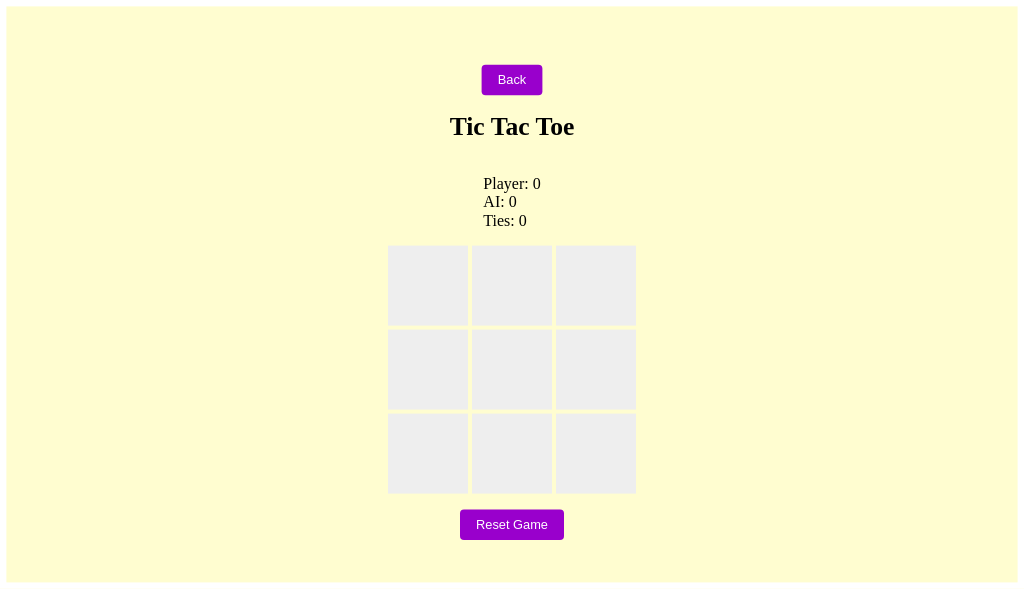
Repository: sidv121415/tic-tac-toe
Page: game.html
These files come from the project's save history. The page is drawn as it stood at one moment and after the next save; the edit follows.
The browser window is 1280 px wide. The pictures show the whole page, at 80% of full size.

Above is the page before, as saved 2024-10-21 22:24:55.

### game.html
<!DOCTYPE html>
<html lang="en">
<head>
    <meta charset="UTF-8">
    <meta name="viewport" content="width=device-width, initial-scale=1.0">
    <title>Tic Tac Toe Game</title>
    <style>
        .main-div {
            display: flex;
            flex-direction: column;
            align-items: center;
            justify-content: center;
            height: 100vh;
            background-color: #FFFDD0;
        }
        .board {
            display: grid;
            grid-template-columns: repeat(3, 100px);
            gap: 5px;
        }
        .cell {
            width: 100px;
            height: 100px;
            background-color: #eee;
            font-size: 24px;
            display: flex;
            align-items: center;
            justify-content: center;
            cursor: pointer;
        }
        .score-board {
            margin: 20px;
        }
        .score {
            font-size: 20px;
        }
        .reset-button {
            margin-top: 20px;
            padding: 10px 20px;
            font-size: 16px;
            background-color: #9900CC;
            color: white;
            border: none;
            border-radius: 5px;
            cursor: pointer;
        }
        .reset-button:hover {
            background-color: #8800BB;
        }
        .mj{
            text-align:left;
        }
    </style>
</head>
<body>
    <div class="main-div">
        <div class="mj">
            <div>
                <button class="reset-button" onclick="goBack()">Back</button>
            </div>
        </div>
        <h1>Tic Tac Toe</h1>
        <div class="score-board">
            <div class="score">Player: <span id="player-score">0</span></div>
            <div class="score">AI: <span id="ai-score">0</span></div>
            <div class="score">Ties: <span id="tie-score">0</span></div>
        </div>
        <div class="board" id="board">
            <div class="cell" onclick="makeMove(0)"></div>
            <div class="cell" onclick="makeMove(1)"></div>
            <div class="cell" onclick="makeMove(2)"></div>
            <div class="cell" onclick="makeMove(3)"></div>
            <div class="cell" onclick="makeMove(4)"></div>
            <div class="cell" onclick="makeMove(5)"></div>
            <div class="cell" onclick="makeMove(6)"></div>
            <div class="cell" onclick="makeMove(7)"></div>
            <div class="cell" onclick="makeMove(8)"></div>
        </div>
        <button class="reset-button" onclick="resetGame()">Reset Game</button>
    </div>
    <script src="game.js"></script>
</body>
</html>

### game.js
let playerScore = 0;
let aiScore = 0;
let tieScore = 0;
const cells = document.querySelectorAll('.cell');

function makeMove(index) {
    if (cells[index].textContent === '') {
        cells[index].textContent = 'X'; // Player's move
        if (checkWin('X')) {
            alert('Player wins!');
            playerScore++;
            updateScores();
            return;
        }
        if (checkTie()) {
            alert('It\'s a tie!');
            tieScore++;
            updateScores();
            return;
        }
        aiMove(); // AI makes a move
    }
}

function aiMove() {
    let availableCells = Array.from(cells).filter(cell => cell.textContent === '');
    if (availableCells.length > 0) {
        const randomCell = availableCells[Math.floor(Math.random() * availableCells.length)];
        randomCell.textContent = 'O'; // AI's move
        if (checkWin('O')) {
            alert('AI wins!');
            aiScore++;
            updateScores();
        } else if (checkTie()) {
            alert('It\'s a tie!');
            tieScore++;
            updateScores();
        }
    }
}

function checkWin(player) {
    const winningCombinations = [
        [0, 1, 2],
        [3, 4, 5],
        [6, 7, 8],
        [0, 3, 6],
        [1, 4, 7],
        [2, 5, 8],
        [0, 4, 8],
        [2, 4, 6]
    ];
    return winningCombinations.some(combination =>
        combination.every(index => cells[index].textContent === player)
    );
}

function checkTie() {
    return Array.from(cells).every(cell => cell.textContent !== '');
}

function updateScores() {
    document.getElementById('player-score').textContent = playerScore;
    document.getElementById('ai-score').textContent = aiScore;
    document.getElementById('tie-score').textContent = tieScore;
}

function resetGame() {
    cells.forEach(cell => cell.textContent = '');
}
function goBack() {
    window.location.href = "mode-selection.html"; // Replace with the actual name of your mode selection HTML file
}

After the next save:
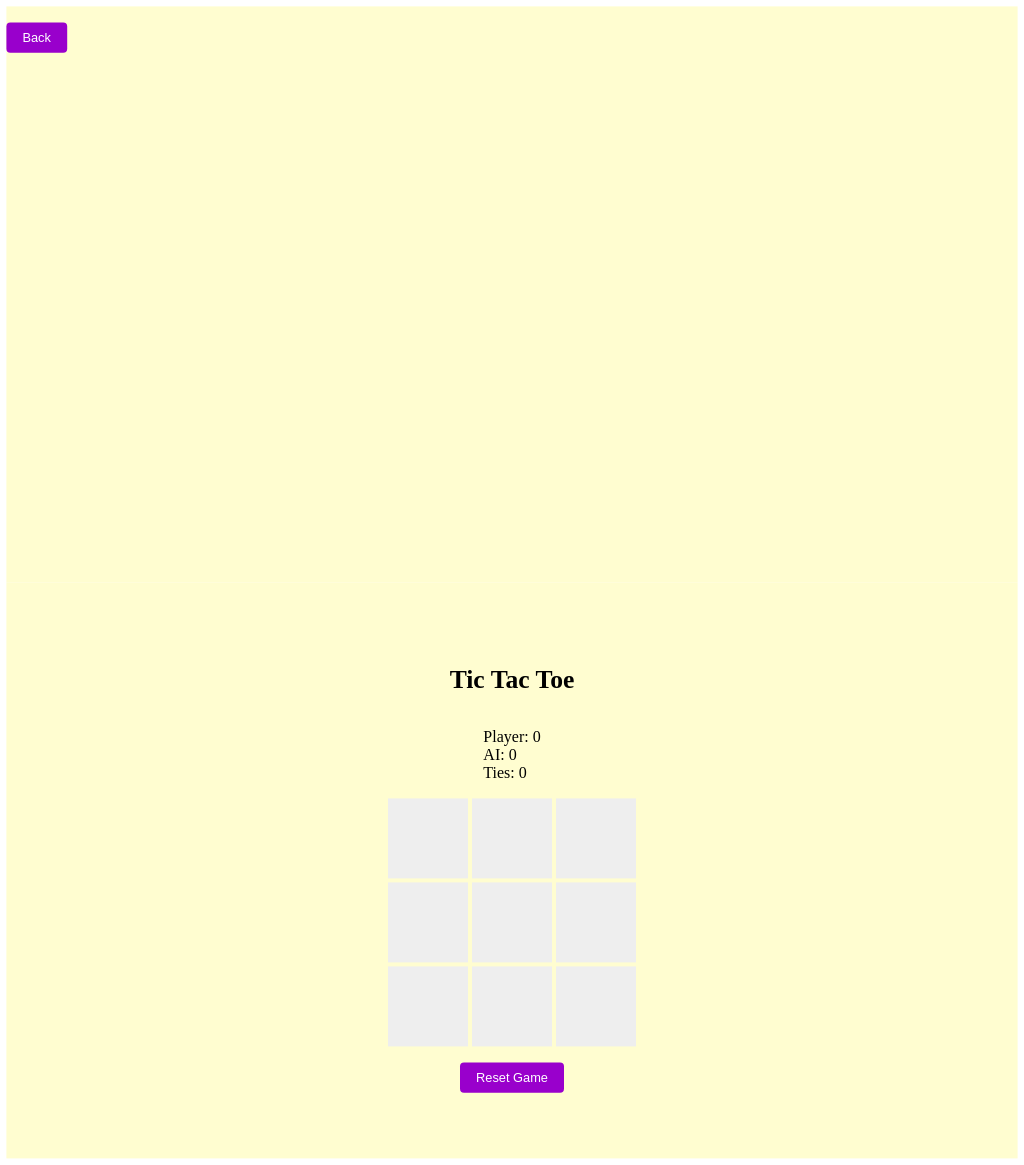
Saved 40 s later.
--- a/game.html
+++ b/game.html
@@ -49,16 +49,18 @@
         }
         .mj{
             text-align:left;
+            height: 100vh;
+            background-color: #FFFDD0;
         }
     </style>
 </head>
 <body>
+    <div class="mj">
+        <div>
+            <button class="reset-button" onclick="goBack()">Back</button>
+        </div>
+    </div>
     <div class="main-div">
-        <div class="mj">
-            <div>
-                <button class="reset-button" onclick="goBack()">Back</button>
-            </div>
-        </div>
         <h1>Tic Tac Toe</h1>
         <div class="score-board">
             <div class="score">Player: <span id="player-score">0</span></div>
